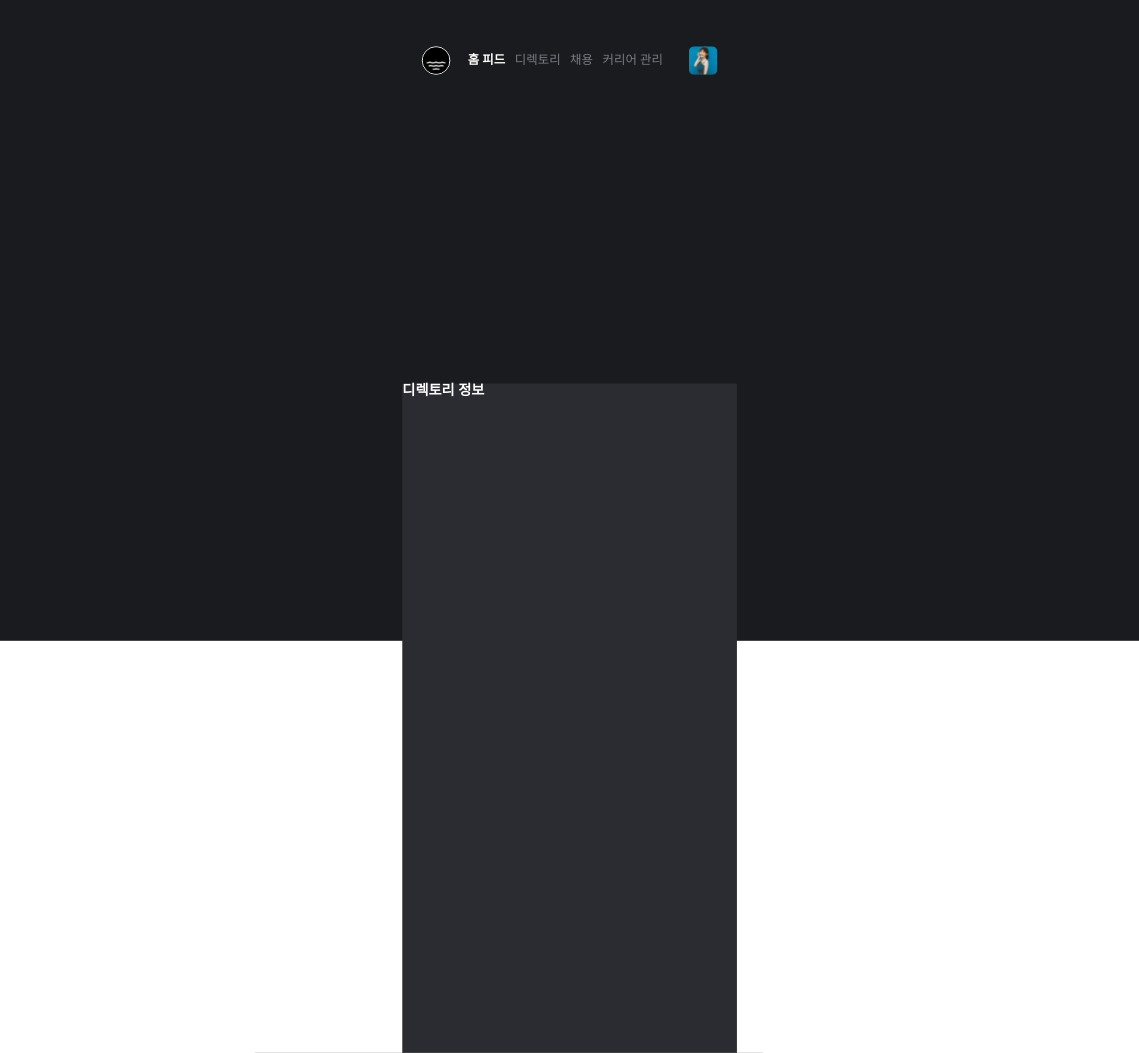
Repository: CDS-seminar-6/frontend
Page: /profile
An editor plug-in stored every save of this project. The page is shown before and after the next save, followed by the edit.
The browser window is 1280 px wide. The pictures show the whole page, at 89% of full size.
The project was rebuilt for these pictures with package versions that can differ from the ones it lists, and the page was loaded fresh each time. Also part of the build but not shown: src/components/common/MenuList.jsx, src/pages/Profile.jsx.

Above is the page before, as saved 2022-05-25 17:53:32.

After the next save:
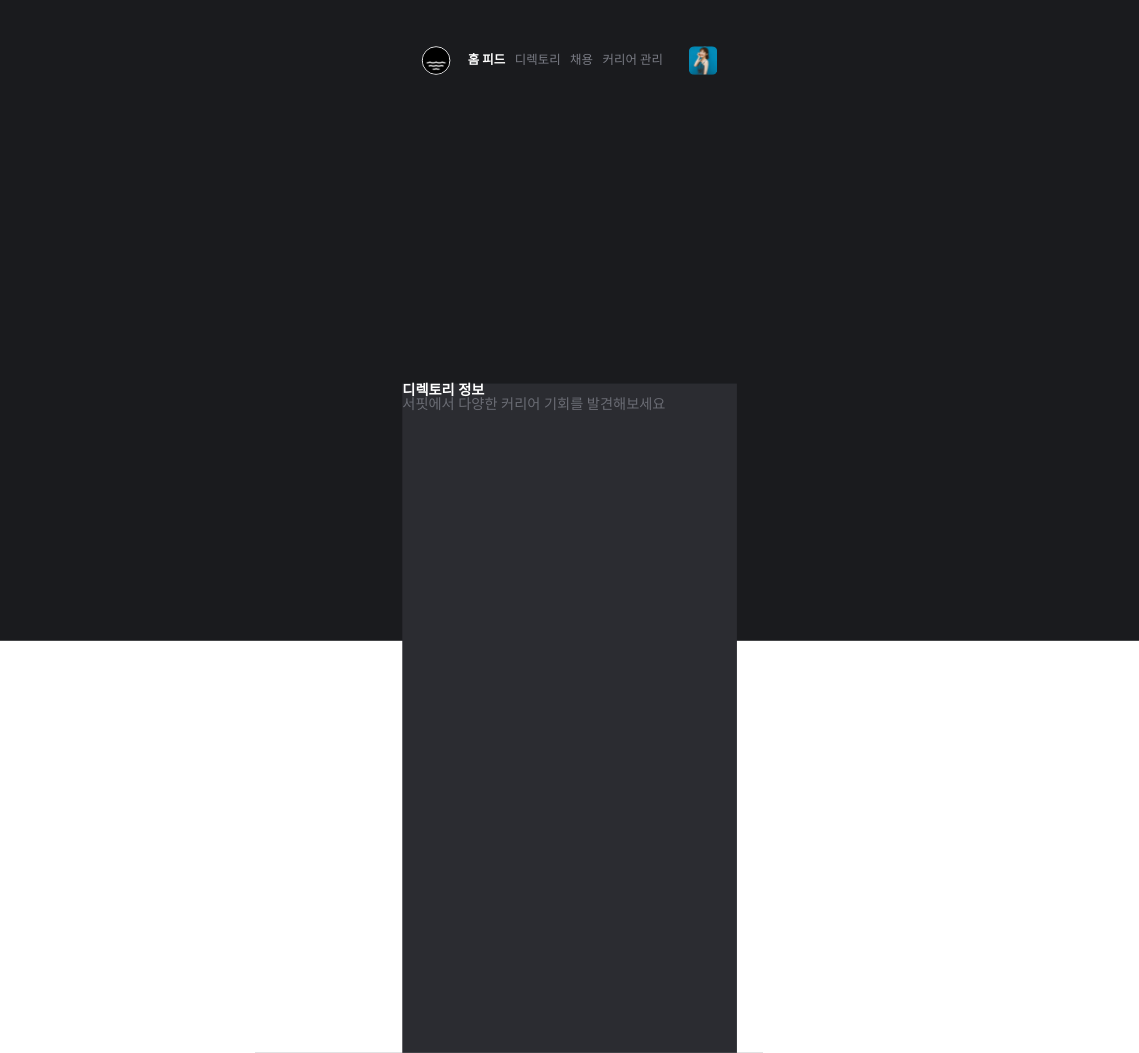
Saved 24 s later.
--- a/src/components/surfitProfile/DirectoryInfo.jsx
+++ b/src/components/surfitProfile/DirectoryInfo.jsx
@@ -25,6 +25,7 @@
   return (
     <InfoContainer>
       <Title>디렉토리 정보</Title>
+      <Contents>서핏에서 다양한 커리어 기회를 발견해보세요</Contents>
     </InfoContainer>
   );
 }
